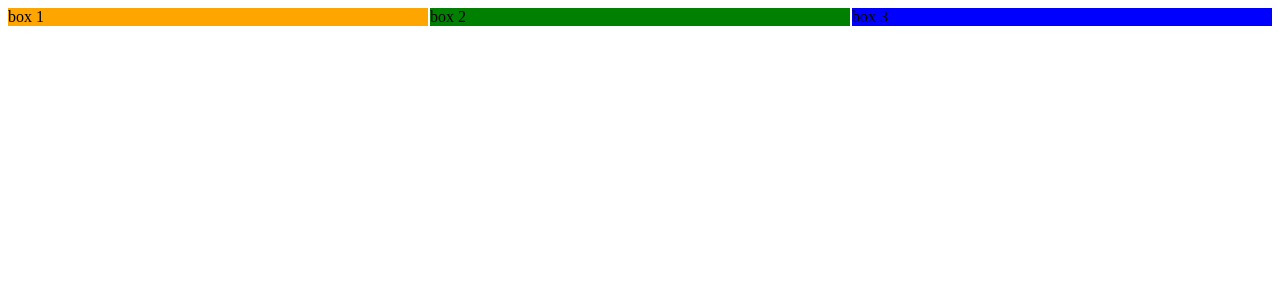
Repository: tianjiewang2022/tianjiewang2022.github.io
Page: index.html
These files come from the project's save history. The page is drawn as it stood at one moment and after the next save; the edit follows.
The browser window is 1280 px wide. The pictures show the whole page.

Above is the page before, as saved 2023-10-01 17:34:13.

### index.html
<html>

    <head>
        <style>
            .grid-container {
                display: grid;
                grid-template-areas:
                    "box1 box2 box3"
                ;
                grid-template-columns: 1fr 1fr 1fr;
                grid-template-rows: 1fr 1fr 1fr;
                grid-column-gap: 02px;
                grid-row-gap: 02px;
                grid-gap: 2px;
                grid-auto-rows: 50px 25px;
            }

            .box1 {
                background-color: orange;
                grid-column: 1/3;
                grid-area: box1;
            }

            .box2 {
                background-color: green;
                grid-row: 1/3;
                grid-area: box2;

            }

            .box3 {
                grid-area: box3;
                background-color: blue;
            }
        </style>

    </head>

    <body>

        <div class="container">

        </div>

        <div class="grid-container">
            <span class="box1">
                box 1
            </span>
            <span class="box2">
                box 2
            </span>
            <span class="box3">
                box 3
            </span>



        </div>


    </body>

</html>

After the next save:
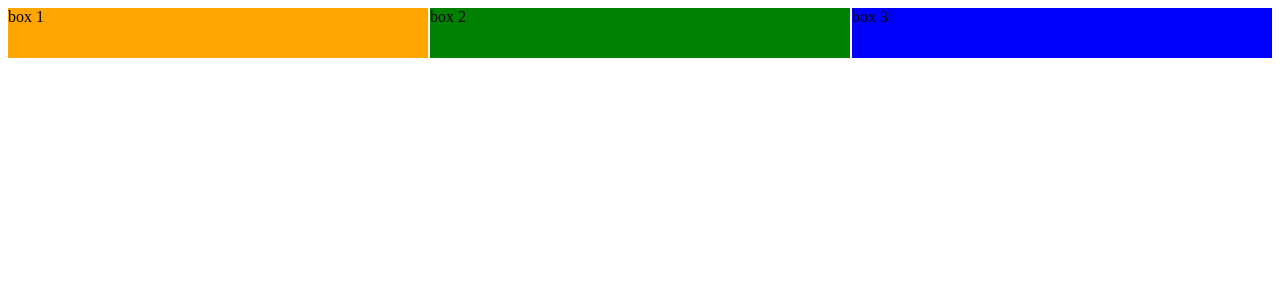
Saved 88 s later.
--- a/index.html
+++ b/index.html
@@ -7,8 +7,8 @@
                 grid-template-areas:
                     "box1 box2 box3"
                 ;
-                grid-template-columns: 1fr 1fr 1fr;
-                grid-template-rows: 1fr 1fr 1fr;
+                /* grid-template-columns: 1fr 1fr 1fr;
+                grid-template-rows: 1fr 1fr 1fr; */
                 grid-column-gap: 02px;
                 grid-row-gap: 02px;
                 grid-gap: 2px;
